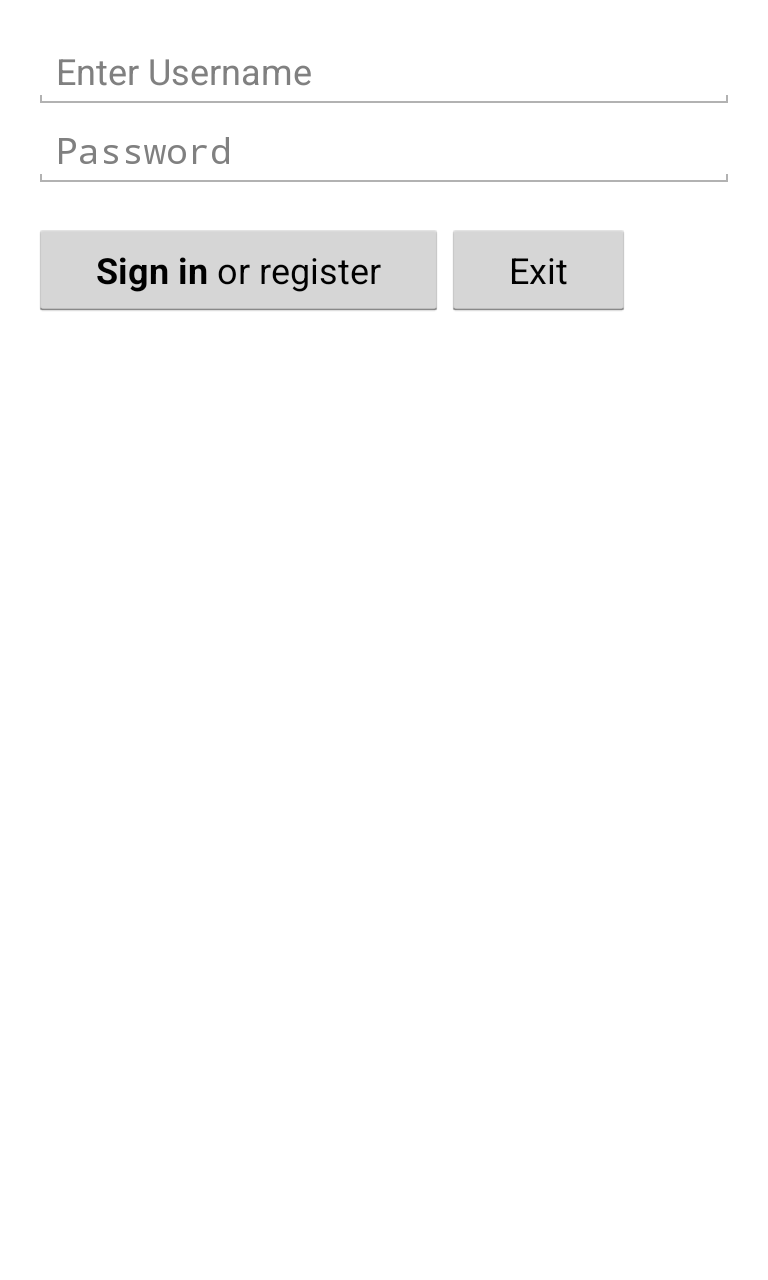
Repository: 12030121070/FeedbackForms
Layout: MT/res/layout/activity_login.xml
The author's editor kept a copy of each file at every save. The layout is drawn from the files as they stood at one save, then again after the next save.
It is drawn on a 768 x 1280 px phone screen (xhdpi) without system bars, with theme AppTheme; the app's code is not run.

Above is the layout before, as saved 2015-01-28 03:18:13.

### MT/res/layout/activity_login.xml
<merge xmlns:android="http://schemas.android.com/apk/res/android"
    xmlns:tools="http://schemas.android.com/tools"
    android:layout_width="wrap_content"
    android:layout_height="wrap_content"
    tools:context=".LoginActivity" >

    <!-- Login progress -->

    <LinearLayout
        android:id="@+id/login_status"
        android:layout_width="wrap_content"
        android:layout_height="wrap_content"
        android:layout_gravity="center"
        android:gravity="center_horizontal"
        android:orientation="vertical"
        android:visibility="gone" >

        <ProgressBar
            style="?android:attr/progressBarStyleLarge"
            android:layout_width="wrap_content"
            android:layout_height="wrap_content"
            android:layout_marginBottom="8dp" />

        <TextView
            android:id="@+id/login_status_message"
            android:layout_width="wrap_content"
            android:layout_height="wrap_content"
            android:layout_marginBottom="16dp"
            android:fontFamily="sans-serif-light"
            android:text="@string/login_progress_signing_in"
            android:textAppearance="?android:attr/textAppearanceMedium" />
    </LinearLayout>

    <!-- Login form -->

    <ScrollView
        android:id="@+id/login_form"
        android:layout_width="match_parent"
        android:layout_height="match_parent" >

        <LinearLayout
            style="@style/LoginFormContainer"
            android:layout_width="match_parent"
            android:layout_height="match_parent"
            android:orientation="vertical" >

            <EditText
                android:id="@+id/email"
                android:layout_width="match_parent"
                android:layout_height="wrap_content"
                android:inputType="textEmailAddress"
                android:maxLines="1"
                android:singleLine="true"
                android:hint="Enter Username" />

            <EditText
                android:id="@+id/password"
                android:layout_width="match_parent"
                android:layout_height="wrap_content"
                android:hint="@string/prompt_password"
                android:imeActionId="@+id/login"
                android:imeActionLabel="@string/action_sign_in_short"
                android:imeOptions="actionUnspecified"
                android:inputType="textPassword"
                android:maxLines="1"
                android:singleLine="true" />

            <LinearLayout
                android:layout_width="wrap_content"
                android:layout_height="wrap_content"
                android:orientation="horizontal" >

                <Button
                    android:id="@+id/sign_in_button"
                    android:layout_width="match_parent"
                    android:layout_height="wrap_content"
                    android:layout_marginTop="16dp"
                    android:paddingLeft="32dp"
                    android:paddingRight="32dp"
                    android:text="@string/action_sign_in_register"
                    android:weight="1" />

                <Button
                    android:id="@+id/button1"
                    android:paddingLeft="32dp"
                    android:paddingRight="32dp"
                    android:layout_marginTop="16dp"
                    android:layout_width="match_parent"
                    android:layout_height="wrap_content"
                    android:text="Exit"
                    android:weight="1" />

            </LinearLayout>

            </LinearLayout>

    </ScrollView>

</merge>

Loaded but not shown: MT/res/values/styles.xml (common file); MT/res/values-v11/styles.xml (common file); MT/res/values-v14/styles.xml (common file); MT/res/values/strings_activity_login.xml (common file)

After the next save:
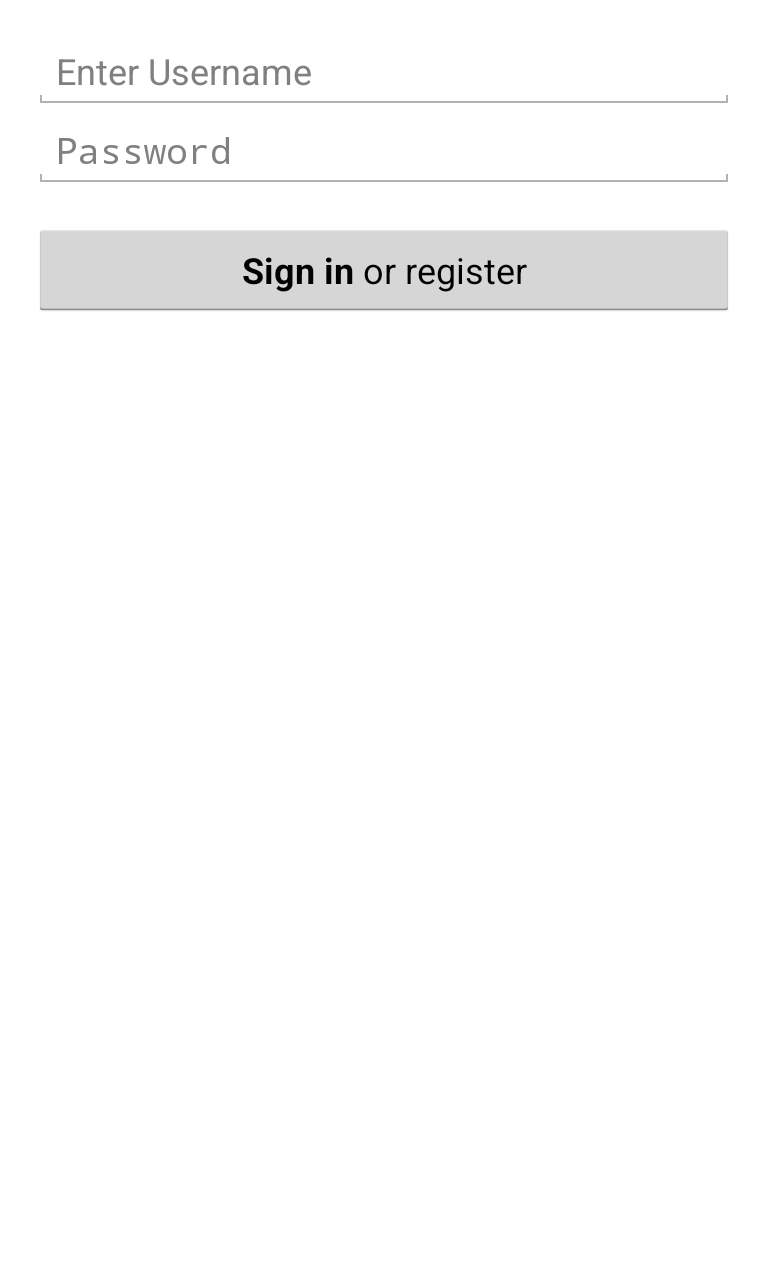
Saved 17 s later.
--- a/MT/res/layout/activity_login.xml
+++ b/MT/res/layout/activity_login.xml
@@ -66,7 +66,7 @@
                 android:singleLine="true" />
 
             <LinearLayout
-                android:layout_width="wrap_content"
+                android:layout_width="match_parent"
                 android:layout_height="wrap_content"
                 android:orientation="horizontal" >
 
